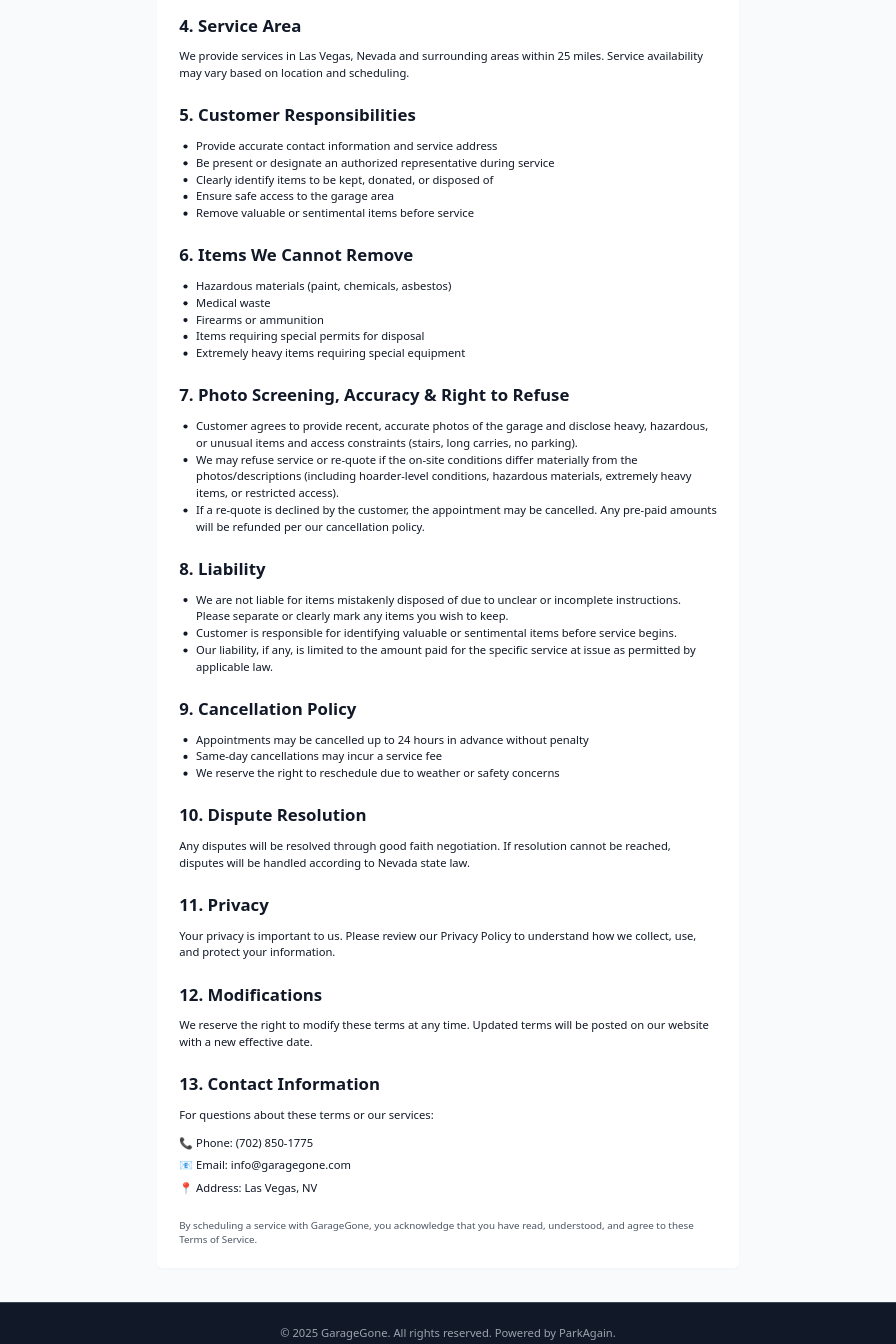
Repository: nikwhite1169/garagegone
Page: terms-of-service.html
These files come from the project's save history. The page is drawn as it stood at one moment and after the next save; the edit follows.
The browser window is 1280 px wide. The pictures show the part of the page from y = 816 to 2736 px (the page is 2796 px tall before and 2820 px after), at 70% of full size.
Some web libraries are served in a nearby version.

Above is the page before, as saved 2025-09-16 00:18:25.

### terms-of-service.html
<!DOCTYPE html>
<html lang="en">
<head>
    <meta charset="UTF-8">
    <meta name="viewport" content="width=device-width, initial-scale=1.0">
    <title>Terms of Service - GarageGone</title>
    <meta name="description" content="Terms of Service for GarageGone garage cleanout service. Learn about our service terms and conditions.">

    <!-- Favicons -->
    <link rel="apple-touch-icon" sizes="180x180" href="assets/apple-touch-icon.png">
    <link rel="icon" type="image/png" sizes="32x32" href="assets/favicon-32x32.png">
    <link rel="icon" type="image/png" sizes="16x16" href="assets/favicon-16x16.png">
    <link rel="manifest" href="assets/site.webmanifest">
    <link rel="icon" type="image/x-icon" href="assets/favicon.ico">

    <!-- Tailwind CSS CDN -->
    <script src="https://cdn.tailwindcss.com"></script>

    <!-- Custom Tailwind Config -->
    <script>
        tailwind.config = {
            theme: {
                extend: {
                    colors: {
                        'brand-blue': '#1e3a8a',
                        'brand-green': '#22c55e',
                    }
                }
            }
        }
    </script>
</head>
<body class="bg-gray-50 text-gray-900">
    <!-- Header -->
    <header class="bg-white shadow-sm">
        <div class="max-w-7xl mx-auto px-4 sm:px-6 lg:px-8">
            <div class="flex justify-between items-center py-4">
                <div class="flex items-center">
                    <a href="index.html" class="text-2xl font-bold text-brand-blue">GarageGone</a>
                    <span class="ml-2 text-sm text-gray-600">Powered by ParkAgain</span>
                </div>
                <div class="flex space-x-4">
                    <a href="index.html" class="text-gray-600 hover:text-brand-blue">Home</a>
                    <a href="tel:+7028501775" class="bg-brand-blue text-white px-4 py-2 rounded-lg font-semibold hover:bg-blue-800 transition-colors">
                        Call Now
                    </a>
                </div>
            </div>
        </div>
    </header>

    <!-- Main Content -->
    <main class="max-w-4xl mx-auto px-4 sm:px-6 lg:px-8 py-12">
        <div class="bg-white rounded-lg shadow-sm p-8">
            <h1 class="text-3xl font-bold text-gray-900 mb-6">Terms of Service</h1>
            <p class="text-gray-600 mb-8">Last updated: September 15, 2025</p>

            <div class="prose prose-lg max-w-none">
                <h2 class="text-2xl font-bold text-gray-900 mt-8 mb-4">1. Acceptance of Terms</h2>
                <p class="mb-6">By using GarageGone services, you agree to these Terms of Service. If you do not agree to these terms, please do not use our services.</p>

                <h2 class="text-2xl font-bold text-gray-900 mt-8 mb-4">2. Service Description</h2>
                <p class="mb-4">GarageGone provides garage cleanout services including:</p>
                <ul class="list-disc pl-6 mb-6">
                  <li>Removal of unwanted items you designate ("point and take")</li>
                  <li>Junk removal and hauling</li>
                  <li>Responsible donation, recycling, and disposal</li>
                  <li>Basic sweeping after removal</li>
                </ul>

                <h2 class="text-2xl font-bold text-gray-900 mt-8 mb-4">3. Pricing and Payment</h2>
                <ul class="list-disc pl-6 mb-6">
                    <li>Standard garage cleanout service is $499 flat rate</li>
                    <li>Additional fees may apply for hazardous materials requiring special disposal</li>
                    <li>Payment is due to reserve your appointment slot after we confirm availability</li>
                    <li>We accept cash, check, and electronic payments</li>
                    <li>Quotes are based on customer-provided photos and described conditions. Final pricing may change if actual conditions differ materially on site</li>
                </ul>

                <h2 class="text-2xl font-bold text-gray-900 mt-8 mb-4">4. Service Area</h2>
                <p class="mb-6">We provide services in Las Vegas, Nevada and surrounding areas within 25 miles. Service availability may vary based on location and scheduling.</p>

                <h2 class="text-2xl font-bold text-gray-900 mt-8 mb-4">5. Customer Responsibilities</h2>
                <ul class="list-disc pl-6 mb-6">
                    <li>Provide accurate contact information and service address</li>
                    <li>Be present or designate an authorized representative during service</li>
                    <li>Clearly identify items to be kept, donated, or disposed of</li>
                    <li>Ensure safe access to the garage area</li>
                    <li>Remove valuable or sentimental items before service</li>
                </ul>

                <h2 class="text-2xl font-bold text-gray-900 mt-8 mb-4">6. Items We Cannot Remove</h2>
                <ul class="list-disc pl-6 mb-6">
                    <li>Hazardous materials (paint, chemicals, asbestos)</li>
                    <li>Medical waste</li>
                    <li>Firearms or ammunition</li>
                    <li>Items requiring special permits for disposal</li>
                    <li>Extremely heavy items requiring special equipment</li>
                </ul>

                <h2 class="text-2xl font-bold text-gray-900 mt-8 mb-4">7. Photo Screening, Accuracy & Right to Refuse</h2>
                <ul class="list-disc pl-6 mb-6">
                  <li>Customer agrees to provide recent, accurate photos of the garage and disclose heavy, hazardous, or unusual items and access constraints (stairs, long carries, no parking).</li>
                  <li>We may refuse service or re-quote if the on-site conditions differ materially from the photos/descriptions (including hoarder-level conditions, hazardous materials, extremely heavy items, or restricted access).</li>
                  <li>If a re-quote is declined by the customer, the appointment may be cancelled. Any pre-paid amounts will be refunded per our cancellation policy.</li>
                </ul>

                <h2 class="text-2xl font-bold text-gray-900 mt-8 mb-4">8. Liability</h2>
                <ul class="list-disc pl-6 mb-6">
                  <li>We are not liable for items mistakenly disposed of due to unclear or incomplete instructions. Please separate or clearly mark any items you wish to keep.</li>
                  <li>Customer is responsible for identifying valuable or sentimental items before service begins.</li>
                  <li>Our liability, if any, is limited to the amount paid for the specific service at issue as permitted by applicable law.</li>
                </ul>

                <h2 class="text-2xl font-bold text-gray-900 mt-8 mb-4">9. Cancellation Policy</h2>
                <ul class="list-disc pl-6 mb-6">
                    <li>Appointments may be cancelled up to 24 hours in advance without penalty</li>
                    <li>Same-day cancellations may incur a service fee</li>
                    <li>We reserve the right to reschedule due to weather or safety concerns</li>
                </ul>

                <h2 class="text-2xl font-bold text-gray-900 mt-8 mb-4">10. Dispute Resolution</h2>
                <p class="mb-6">Any disputes will be resolved through good faith negotiation. If resolution cannot be reached, disputes will be handled according to Nevada state law.</p>

                <h2 class="text-2xl font-bold text-gray-900 mt-8 mb-4">11. Privacy</h2>
                <p class="mb-6">Your privacy is important to us. Please review our Privacy Policy to understand how we collect, use, and protect your information.</p>

                <h2 class="text-2xl font-bold text-gray-900 mt-8 mb-4">12. Modifications</h2>
                <p class="mb-6">We reserve the right to modify these terms at any time. Updated terms will be posted on our website with a new effective date.</p>

                <h2 class="text-2xl font-bold text-gray-900 mt-8 mb-4">13. Contact Information</h2>
                <p class="mb-4">For questions about these terms or our services:</p>
                <ul class="list-none mb-6">
                    <li class="mb-2">📞 Phone: (702) 850-1775</li>
                    <li class="mb-2">📧 Email: info@garagegone.com</li>
                    <li class="mb-2">📍 Address: Las Vegas, NV</li>
                </ul>

                <p class="text-sm text-gray-600 mt-8">By scheduling a service with GarageGone, you acknowledge that you have read, understood, and agree to these Terms of Service.</p>
            </div>
        </div>
    </main>

    <!-- Footer -->
    <footer class="bg-gray-900 text-white py-8">
        <div class="max-w-7xl mx-auto px-4 sm:px-6 lg:px-8 text-center">
            <p class="text-gray-400">&copy; 2025 GarageGone. All rights reserved. Powered by ParkAgain.</p>
            <div class="mt-2 space-x-4">
                <a href="privacy-policy.html" class="text-gray-400 hover:text-white">Privacy Policy</a>
                <a href="terms-of-service.html" class="text-gray-400 hover:text-white">Terms of Service</a>
            </div>
        </div>
    </footer>
</body>
</html>

After the next save:
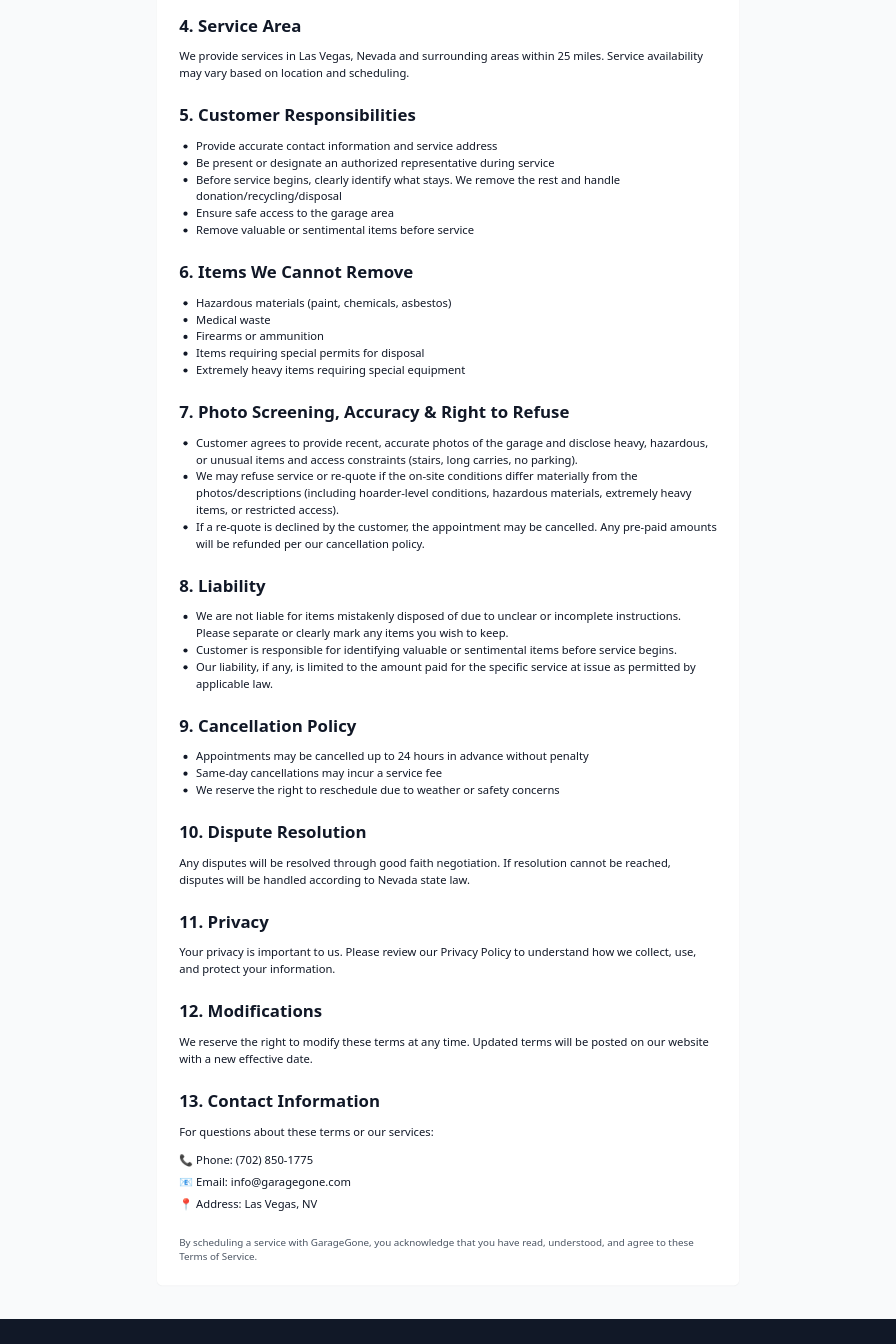
Saved 8 s later.
--- a/terms-of-service.html
+++ b/terms-of-service.html
@@ -84,7 +84,7 @@
                 <ul class="list-disc pl-6 mb-6">
                     <li>Provide accurate contact information and service address</li>
                     <li>Be present or designate an authorized representative during service</li>
-                    <li>Clearly identify items to be kept, donated, or disposed of</li>
+                    <li>Before service begins, clearly identify what stays. We remove the rest and handle donation/recycling/disposal</li>
                     <li>Ensure safe access to the garage area</li>
                     <li>Remove valuable or sentimental items before service</li>
                 </ul>
